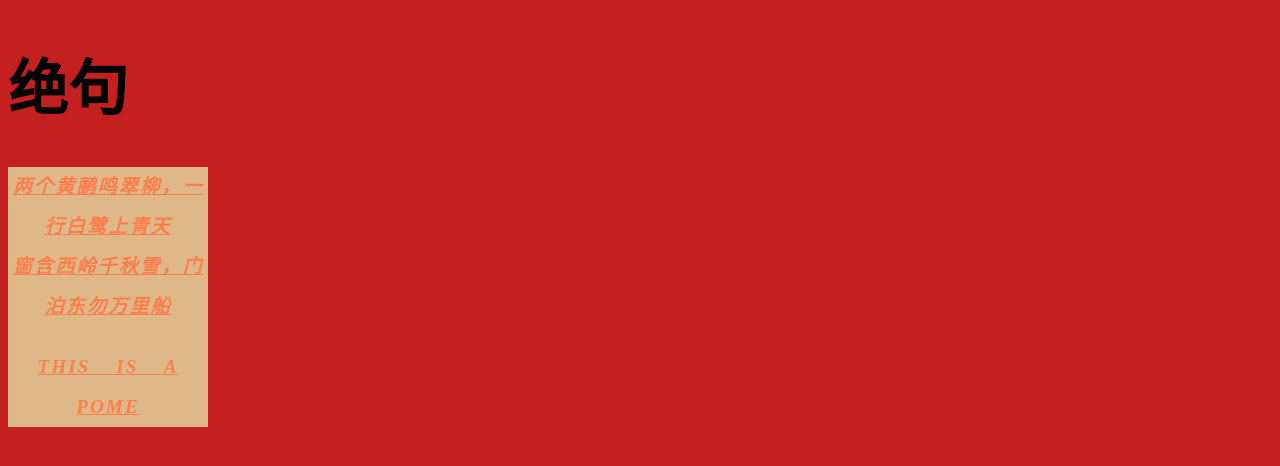
Repository: ljx1197678031/Wed-Design
Page: 01/3.html
The author's editor kept a copy of each file at every save. The page is drawn from the files as they stood at one save, then again after the next save.
The browser window is 1280 px wide. The pictures show the whole page.

Above is the page before, as saved 2020-06-01 22:48:19.

After the next save:
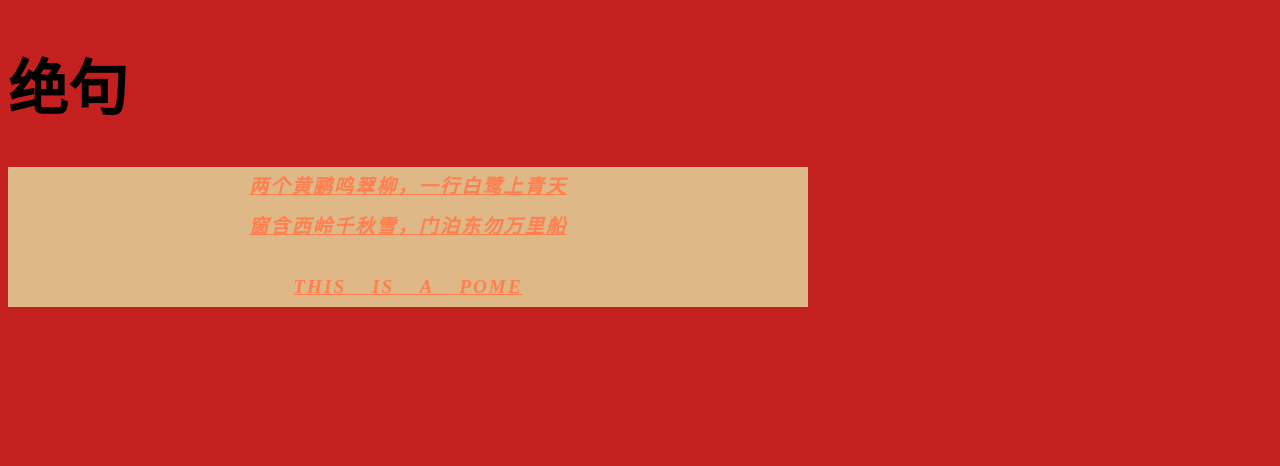
Saved 13 s later.
--- a/01/3.html
+++ b/01/3.html
@@ -29,7 +29,7 @@
         #pome{
             background-repeat: no-repeat;
             background-color: burlywood;
-            width: 200px;
+            width: 800px;
         }
     </style>
 </head>
